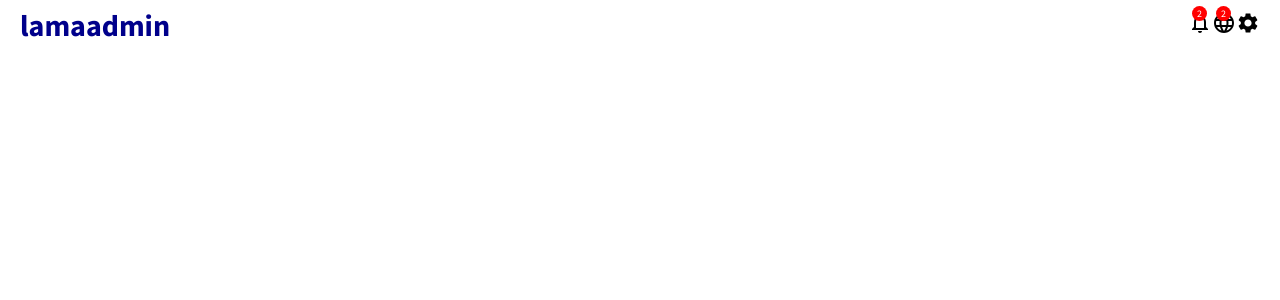
Repository: 109b28691/admin
Page: /users
An editor plug-in stored every save of this project. The page is shown before and after the next save, followed by the edit.
The browser window is 1280 px wide. The pictures show the whole page.
The project was rebuilt for these pictures with package versions that can differ from the ones it lists, and the page was loaded fresh each time.

Above is the page before, as saved 2023-10-22 20:38:50.

### public/index.html
<!DOCTYPE html>
<html lang="en">

<head>
  <meta charset="utf-8" />
  <meta name="viewport" content="width=device-width, initial-scale=1" />
  <meta name="theme-color" content="#000000" />
  <meta name="description" content="Web site created using create-react-app" />
  <link href="https://fonts.googleapis.com/css2?family=Source+Sans+Pro:wght@200;300;400;600;700;900&display=swap"
    rel="stylesheet">
  <style>
    * {
      font-family: 'Source Sans Pro', sans-serif;
      margin: 0;
    }
  </style>
  <title>React App</title>
</head>

<body>
  <noscript>You need to enable JavaScript to run this app.</noscript>
  <div id="root"></div>
</body>

</html>

### src/App.js
import Topbar from "./components/topbar/Topbar";

function App() {
  return (
    <div>
      <Topbar />
    </div>
  );
}

export default App;

### src/components/topbar/Topbar.jsx
import React from 'react'
import "./topbar.css";
import { NotificationsNone, Language, Settings } from "@material-ui/icons";

export default function Topbar() {
  return (
    <div className="topbar">
      <div className="topbarWrapper">
        <div className="topLeft">
          <span className="logo">lamaadmin</span>
        </div>
        <div className="topRight">
          <div className="topbarIconContainer">
            <NotificationsNone />
            <span className="topIconBadge">2</span>
          </div>
          <div className="topbarIconContainer">
            <Language />
            <span className="topIconBadge">2</span>
          </div>
          <div className="topbarIconContainer">
            <Settings />
          </div>
        </div>
      </div>
    </div>
  );
}

### src/components/topbar/topbar.css
.topbar {
  width: 100%;
  height: 50px;
  background-color: white;
}

.topbarWrapper {
  height: 100%;
  padding: 0px 20px;
  display: flex;
  align-items: center;
  justify-content: space-between;
}

.logo {
  font-weight: bold;
  font-size: 30px;
  color: darkblue;
  cursor: pointer;
}

.topRight {
  display: flex;
  align-items: center;
}


.topbarIconContainer {
  position: relative;
}

.topIconBadge {
  width: 15px;
  height: 15px;
  position: absolute;
  top: -5px;
  right: 5px;
  background-color: red;
  color: white;
  border-radius: 50%;
  display: flex;
  align-items: center;
  justify-content: center;
  font-size: 10px;
}

Loaded but not shown: src/index.js (common file)

After the next save:
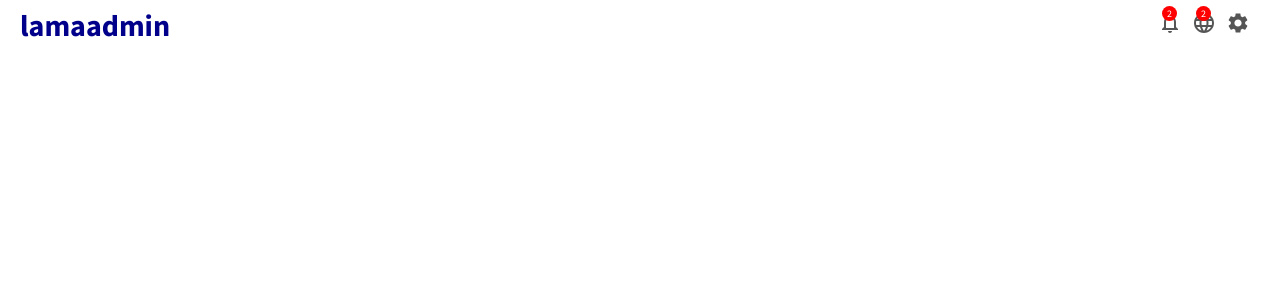
Saved 59 s later.
--- a/src/components/topbar/topbar.css
+++ b/src/components/topbar/topbar.css
@@ -27,6 +27,9 @@
 
 .topbarIconContainer {
   position: relative;
+  cursor: pointer;
+  margin-right: 10px;
+  color: #555;
 }
 
 .topIconBadge {
